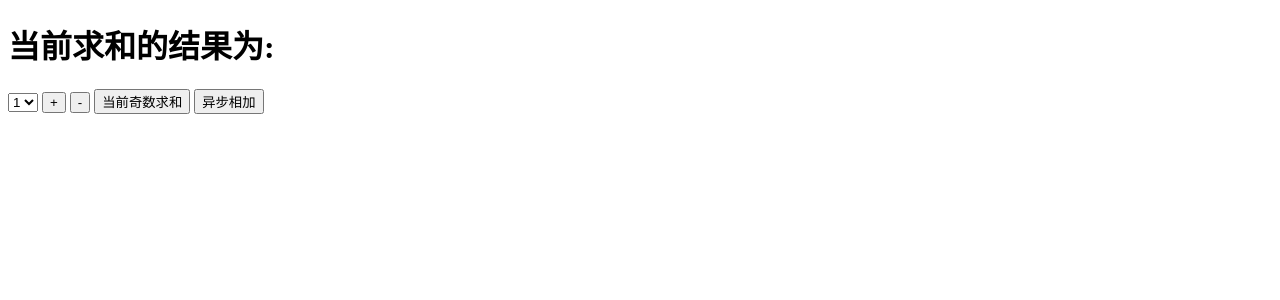
Repository: wanwan-520/myProject_1
Page: /
These files come from the project's save history. The page is drawn as it stood at one moment and after a run of saves; the edit follows.
The browser window is 1280 px wide. The pictures show the whole page.
The project was rebuilt for these pictures with package versions that can differ from the ones it lists, and the page was loaded fresh each time.

Above is the page before, as saved 2022-03-25 20:52:10.

After the next 4 saves:
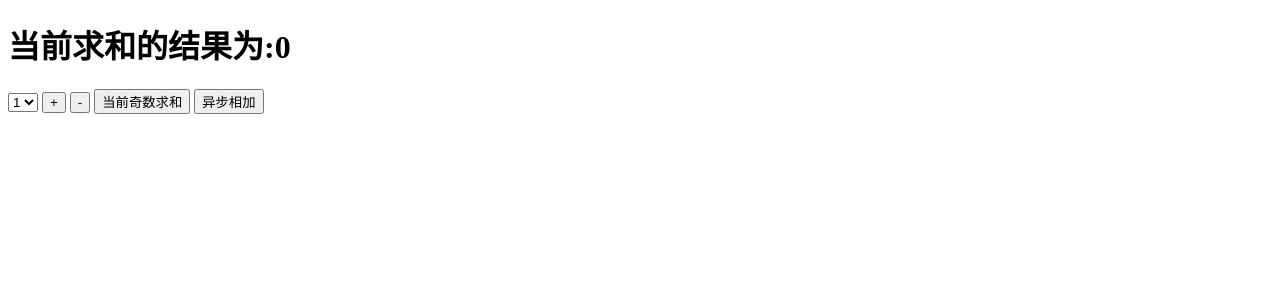
The 4 saves are shown as one change because they came seconds apart.
The last was saved 47 s later.
--- a/src/Components/Count/index.jsx
+++ b/src/Components/Count/index.jsx
@@ -27,7 +27,7 @@ incrementAsync=()=>{
   render() {
     return (
       <div>
-         <h1>当前求和的结果为:{this.count}</h1>
+         <h1>当前求和的结果为:{this.state.count}</h1>
          <select ref={c=>this.selectNumber = c}>
               <option value="1">1</option>
               <option value="2">2</option>
